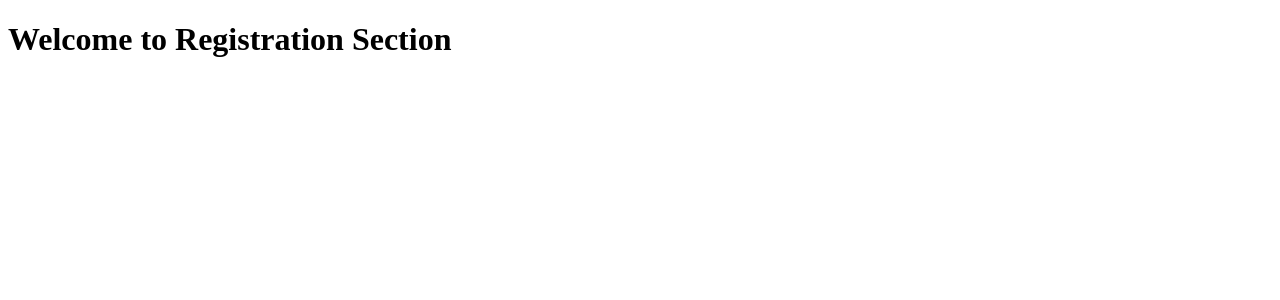
Repository: hitu-1995/reg14_spring_boot
Page: http://localhost/15-Spring-Boot-MVC-Project/register.jsp
The author's editor kept a copy of each file at every save. The page is drawn from the files as they stood at one save, then again after the next save.
The browser window is 1280 px wide. The pictures show the whole page.
The page is served by Tomcat 9. Other server files are loaded and not shown.

Above is the page before, as saved 2024-02-16 11:02:59.

### 15-Spring-Boot-MVC-Project/src/main/webapp/register.jsp
<%@ page language="java" contentType="text/html; charset=ISO-8859-1"
    pageEncoding="ISO-8859-1"%>
<!DOCTYPE html>
<html>
<head>
<meta charset="ISO-8859-1">
<title>Insert title here</title>
</head>
<body>
   <h1>Welcome to Registration Section</h1>
</body>
</html>

After the next save:
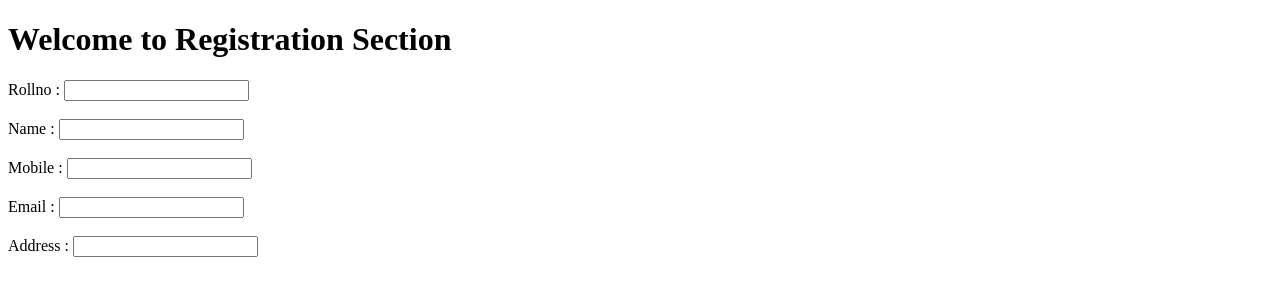
Saved 2 min 25 s later.
--- a/15-Spring-Boot-MVC-Project/src/main/webapp/register.jsp
+++ b/15-Spring-Boot-MVC-Project/src/main/webapp/register.jsp
@@ -8,5 +8,20 @@
 </head>
 <body>
    <h1>Welcome to Registration Section</h1>
+    <div>
+       <form action="reg">
+          <label>Rollno : </label>
+           <input type="text" name="rollno"><br><br>
+          <label>Name : </label>
+           <input type="text" name="name"><br><br>
+           <label>Mobile : </label>
+           <input type="text" name="mobile"><br><br>
+           <label>Email : </label>
+           <input type="text" name="email"><br><br>
+           <label>Address : </label>
+           <input type="text" name="address"><br><br>
+
+       </form>
+    </div>
 </body>
 </html>
